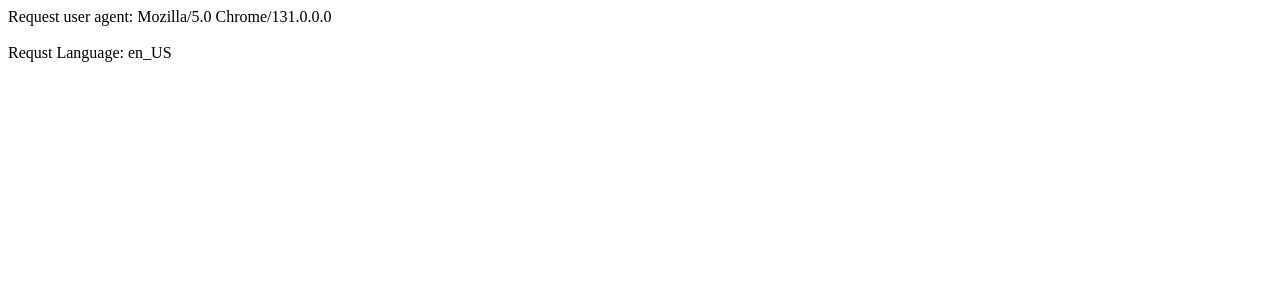
Repository: Ajinkya7777/Spring_Core
Page: http://localhost/jspdemo/builtin-test.jsp
The author's editor kept a copy of each file at every save. The page is drawn from the files as they stood at one save, then again after the next save.
The browser window is 1280 px wide. The pictures show the whole page.
The page is served by Tomcat 9.

Above is the page before, as saved 2023-01-20 11:17:25.

After the next save:
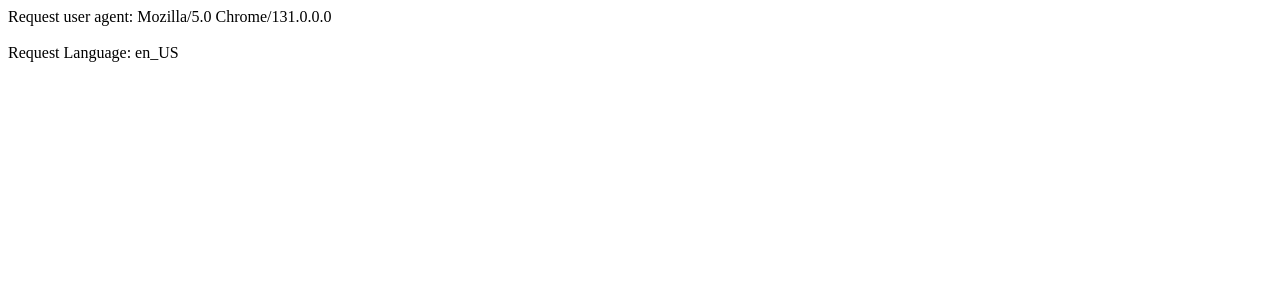
Saved 9 s later.
--- a/eclipse-workspace/jspdemo/WebContent/builtin-test.jsp
+++ b/eclipse-workspace/jspdemo/WebContent/builtin-test.jsp
@@ -11,6 +11,6 @@
 Request user agent: <%= request.getHeader("user-agent") %>
 <br/><br/>
 
-Requst Language: <%= request.getLocale() %>
+Request Language: <%= request.getLocale() %>
 </body>
 </html>
